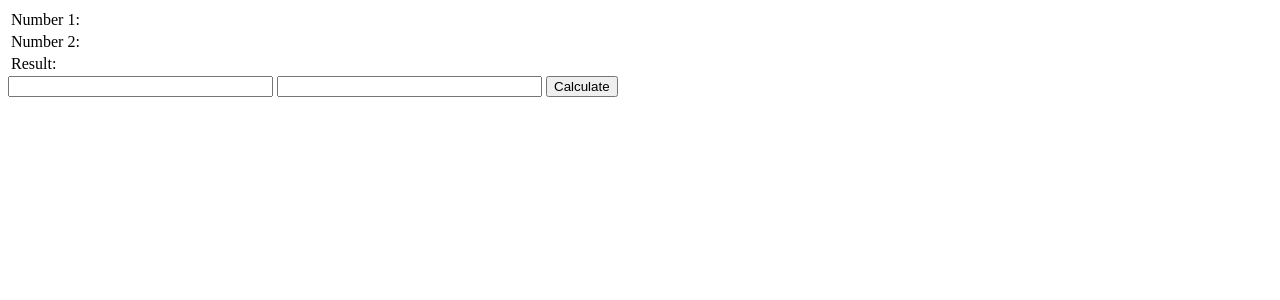
Repository: davidm15/FirstServlet
Page: http://localhost/Calculator/index.jsp
These files come from the project's save history. The page is drawn as it stood at one moment and after the next save; the edit follows.
The browser window is 1280 px wide. The pictures show the whole page.
The page is served by Tomcat 9.

Above is the page before, as saved 2017-03-17 12:29:19.

After the next save:
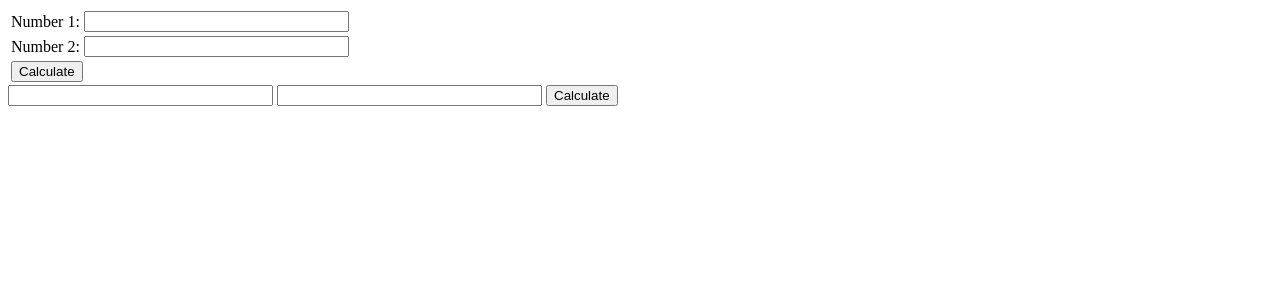
Saved 105 s later.
--- a/Calculator/WebContent/index.jsp
+++ b/Calculator/WebContent/index.jsp
@@ -14,17 +14,17 @@
 	<tr>
 		<td>Number 1:
 		</td>
-		<td>
+		<td><input type="text" name="number1" size="30">
 		</td>
 	</tr>
 	<tr>
 		<td>Number 2:
 		</td>
-		<td>
+		<td><input type="text" name="number2" size="30">
 		</td>
 	</tr>
 	<tr>
-		<td colspan="2"> Result:
+		<td colspan="2"><input type="submit" value="Calculate">
 		</td>
 	</tr>
 
